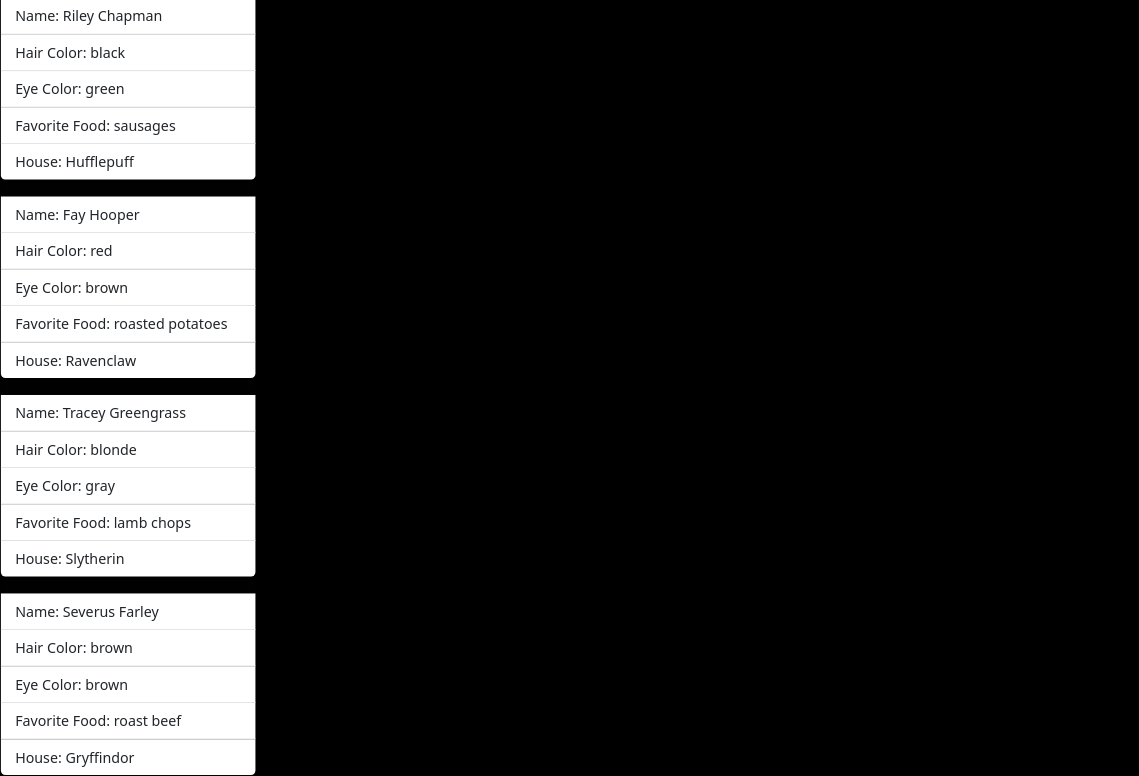
Repository: jontslater/INDIVIDUAL-PROJECT-sorting-hat
Page: index.html
The author's editor kept a copy of each file at every save. The page is drawn from the files as they stood at one save, then again after the next save.
The browser window is 1280 px wide. The pictures show the part of the page from y = 538 to 1694 px (the page is 1410 px tall before and 1694 px after), at 89% of full size.
A picture or video elsewhere on the page could not be fetched, so the positions and the page height are approximate.

Above is the page before, as saved 2023-10-31 18:54:40.

### index.html
<!DOCTYPE html>
<html lang="en">
<head>
  <meta charset="UTF-8">
  <meta name="viewport" content="width=device-width, initial-scale=1.0">
  <title>SortingHat</title>

  <link href="https://cdn.jsdelivr.net/npm/bootstrap@5.3.2/dist/css/bootstrap.min.css" rel="stylesheet" integrity="sha384-T3c6CoIi6uLrA9TneNEoa7RxnatzjcDSCmG1MXxSR1GAsXEV/Dwwykc2MPK8M2HN" crossorigin="anonymous">
  <link rel="stylesheet" href="main.css">
</head>
<body>
  <div class="card">
    <div class="card-header">
      <img src="https://media.tenor.com/vkDuuNm40XoAAAAd/hogwarts-legacy-warner-bros-interactive-entertainment.gif" alt="" class="sortingHat">
    </div>
    <div class="card-body">
      <h5 class="card-title">Hello, I am the sorting hat!</h5>
      <p class="card-text">Right. Right then. Hmmmm. Right.... You are going to house .... </p>
      <button class= "btn" id="btn">Begin Sorting</button>
      <form id="form" class="names">
       <input type="text" id="firstName" required>First Name
        <input type="text" id="lastName" required>Last Name
       <input type="text" id="hairColor" required>Hair Color
       <input type="text" id="eyeColor"  required>Eye Color
       <input type="text" id="favoriteFood">Favorite Food
       <button class= "btn" id="enter">Enter House</button>
     </form>


    </div>
  </div>
  <div>
  </div>
  <div id="app"></div>

  <script src="https://cdn.jsdelivr.net/npm/bootstrap@5.3.2/dist/js/bootstrap.bundle.min.js" integrity="sha384-C6RzsynM9kWDrMNeT87bh95OGNyZPhcTNXj1NW7RuBCsyN/o0jlpcV8Qyq46cDfL" crossorigin="anonymous"></script>
  <script src="main.js"></script>
</body>
</html>

### main.css
body{
  background-color: black;
}

.card{
  background-color:black;
  color: darkgoldenrod;
  width: 450px;
}

.btn{
  margin-left: 121px;
  margin-top: 3px;
  margin-bottom: 3px;
  right: 120px;
  width: 187px;
  height: 65px;
  border: none;
  color: white;
  font-size:14px;
  font-weight:700;
  background-color:darkgoldenrod;
  position: relative;
  font-family: monospace;
}

.names{
  display: none;
}

### main.js
const students =[
  {
    id: 1,
    firstName: "Riley",
    lastName: "Chapman",
    hairColor: "black",
    eyeColor: "green",
    favoriteFood: "sausages",
    house: "Hufflepuff"
  },
  {
    id: 2,
    firstName: "Fay",
    lastName: "Hooper",
    hairColor: "red",
    eyeColor: "brown",
    favoriteFood: "roasted potatoes",
    house: "Ravenclaw"
  },
  {
    id: 3,
    firstName: "Tracey",
    lastName: "Greengrass",
    hairColor: "blonde",
    eyeColor: "gray",
    favoriteFood: "lamb chops",
    house: "Slytherin",
  },
  {
    id: 4,
    firstName: "Severus",
    lastName: "Farley",
    hairColor: "brown",
    eyeColor: "brown",
    favoriteFood: "roast beef",
    house: "Gryffindor",
  }
]
const app = document.querySelector("#app");
const btn = document.querySelector("#btn");

const renderToDom = (Students) =>{

  let domString = "";

  for(let student of students){

    domString += `<div class="card" style="width: 18rem;">
    <div class="card-header">
    </div>
    <ul class="list-group list-group-flush">

      <li class="list-group-item">Name: ${student.firstName} ${student.lastName}
      <li class="list-group-item">Hair Color: ${student.hairColor}
      <li class="list-group-item">Eye Color: ${student.eyeColor}
      <li class="list-group-item"> Favorite Food: ${student.favoriteFood}
      <li class="list-group-item"> House: ${student.house}
    </ul>
  </div>`
  }
  const app = document.querySelector("#app")
  app.innerHTML = domString
}

renderToDom(students)

btn.addEventListener("click", () => {
  const form = document.querySelector("form");

  if(form.style.display === "none"){
    form.style.display = "block";
  }else{
    form.style.display = "none";
  }
});

const houses = ["Hufflepuff","Ravenclaw","Slytherin","Gryffindor"]

const houseRandomizer = (min, max) => {
  return Math.floor(Math.random() * 3);
}

const form = document.querySelector("form");

const createStudent = (event) => {
  event.preventDefault();
  const randomHouse = houseRandomizer(0,3);
  const houseAssigned = houses[randomHouse]
  const newStudent
   = {
    id: students.length +1,
    firstName: document.querySelector("#firstName").value,
    lastName: document.querySelector("#lastName").value,
    hairColor: document.querySelector("#hairColor").value,
    eyeColor: document.querySelector("#eyeColor").value,
    favoriteFood: document.querySelector("#favoriteFood").value,
    house: houseAssigned

  }
  students.push(newStudent);
  renderToDom(students);
  form.reset();
}
form.addEventListener("submit", createStudent)

After the next save:
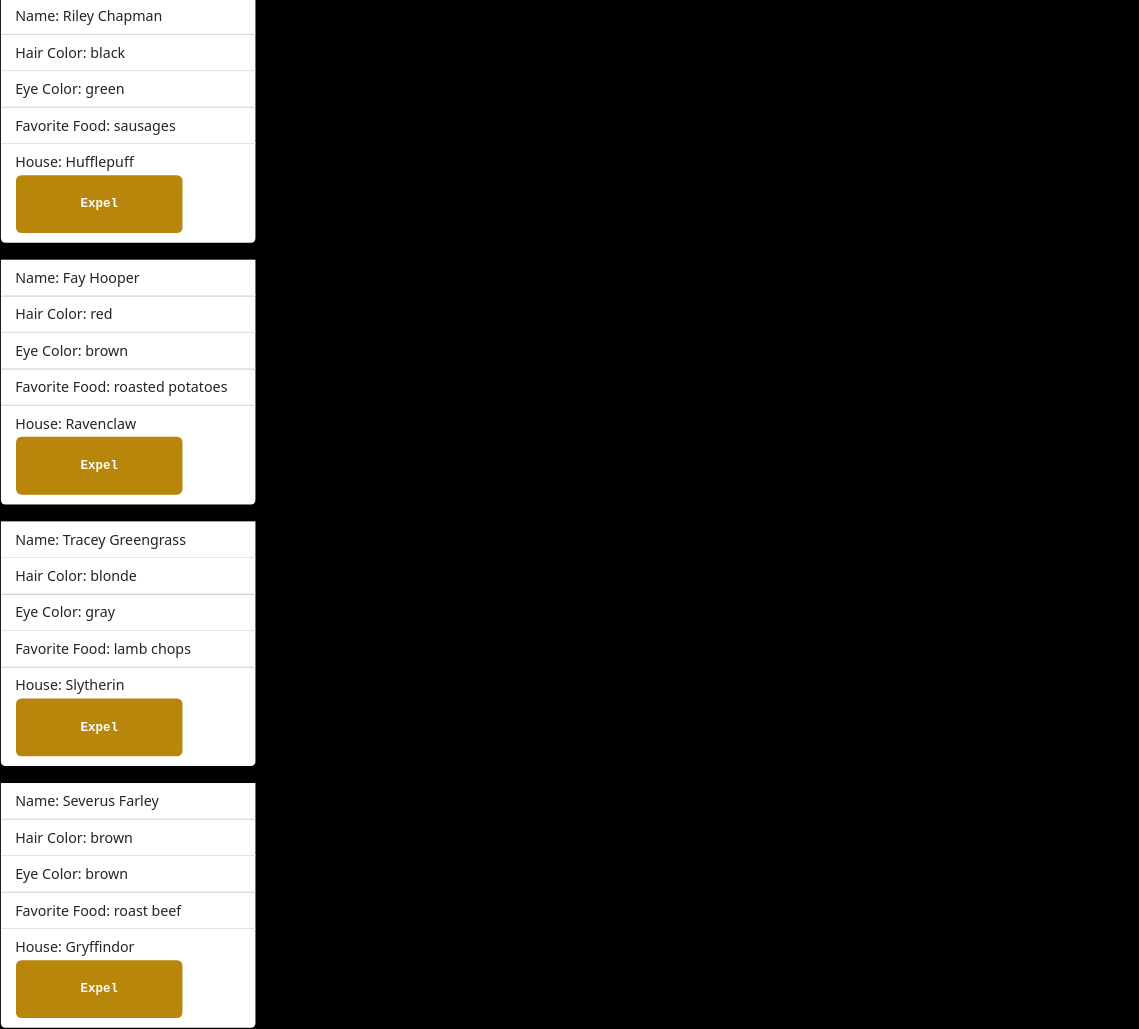
Saved 7 min 7 s later.
--- a/main.js
+++ b/main.js
@@ -55,6 +55,7 @@
       <li class="list-group-item">Eye Color: ${student.eyeColor}
       <li class="list-group-item"> Favorite Food: ${student.favoriteFood}
       <li class="list-group-item"> House: ${student.house}
+      <button type="button" class="btn btn-warning">Expel</button>
     </ul>
   </div>`
   }
@@ -95,7 +96,6 @@
     eyeColor: document.querySelector("#eyeColor").value,
     favoriteFood: document.querySelector("#favoriteFood").value,
     house: houseAssigned
-
   }
   students.push(newStudent);
   renderToDom(students);
